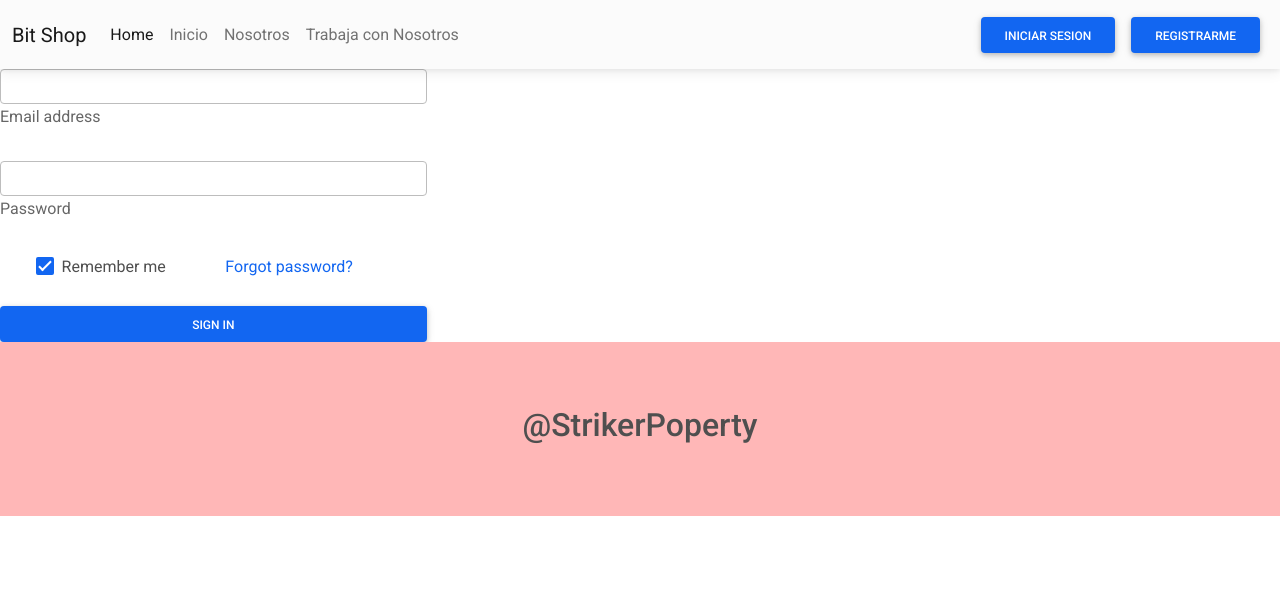
Repository: TzStrikerYT/myClassRoom
Page: /login (app in bit-shop-front/)
An editor plug-in stored every save of this project. The page is shown before and after the next save, followed by the edit.
The browser window is 1280 px wide. The pictures show the whole page.
The project was rebuilt for these pictures with package versions that can differ from the ones it lists, and the page was loaded fresh each time. Also part of the build but not shown: bit-shop-front/angular.json, bit-shop-front/src/app/components/home/home.component.ts, bit-shop-front/src/app/components/not-found/not-found.component.ts.

Above is the page before, as saved 2022-02-23 19:00:29.

### bit-shop-front/src/index.html
<!DOCTYPE html>
<html lang="en">
  <head>
    <meta charset="utf-8" />
    <title>BitShopFront</title>
    <base href="/" />
    <meta name="viewport" content="width=device-width, initial-scale=1" />
    <link rel="icon" type="image/x-icon" href="favicon.ico" />

    <!-- Font Awesome -->
    <link
      href="https://cdnjs.cloudflare.com/ajax/libs/font-awesome/5.15.1/css/all.min.css"
      rel="stylesheet"
    />
    <!-- Google Fonts -->
    <link
      href="https://fonts.googleapis.com/css?family=Roboto:300,400,500,700&display=swap"
      rel="stylesheet"
    />
    <!-- MDB -->
    <link
      href="https://cdnjs.cloudflare.com/ajax/libs/mdb-ui-kit/3.10.2/mdb.min.css"
      rel="stylesheet"
    />
  </head>
  <body>
    <app-root></app-root>

    <!-- MDB -->
    <script
      type="text/javascript"
      src="https://cdnjs.cloudflare.com/ajax/libs/mdb-ui-kit/3.10.2/mdb.min.js"
    ></script>
  </body>
</html>

### bit-shop-front/src/styles.css
/* You can add global styles to this file, and also import other style files */
.bg-pink {
    background: #ffb7b7;
}

.bg-yellow {
    background: #ffd665;
}

.card-size {
    width: 12rem;
}

### bit-shop-front/src/app/app.module.ts
import { NgModule } from '@angular/core';
import { BrowserModule } from '@angular/platform-browser';

import { AppRoutingModule } from './app-routing.module';
import { AppComponent } from './app.component';
import { LoginComponent } from './components/login/login.component';
import { HomeComponent } from './components/home/home.component';
import { NotFoundComponent } from './components/not-found/not-found.component';
import { FooterComponent } from './components/footer/footer.component';
import { BrowserAnimationsModule } from '@angular/platform-browser/animations';

@NgModule({
  declarations: [
    AppComponent,
    LoginComponent,
    HomeComponent,
    NotFoundComponent,
    FooterComponent,
  ],
  imports: [
    BrowserModule,
    AppRoutingModule,
  ],
  providers: [],
  bootstrap: [AppComponent]
})
export class AppModule { }

### bit-shop-front/src/app/app-routing.module.ts
import { NgModule } from '@angular/core';
import { RouterModule, Routes } from '@angular/router';
import { HomeComponent } from './components/home/home.component';
import { LoginComponent } from './components/login/login.component';
import { NotFoundComponent } from './components/not-found/not-found.component';

// enrutamiento de componentes
const routes: Routes = [
  { path: 'login', component: LoginComponent},
  { path: 'home', component: HomeComponent},
  { path: '', redirectTo: '/home', pathMatch: 'full' },
  { path: '**', component: NotFoundComponent}
];

@NgModule({
  imports: [RouterModule.forRoot(routes)],
  exports: [RouterModule],
})
export class AppRoutingModule {}

### bit-shop-front/src/app/app.component.ts
import { Component, OnInit } from '@angular/core';

@Component({
  selector: 'app-root',
  templateUrl: './app.component.html',
  styleUrls: ['./app.component.css']
})
export class AppComponent {
  title = 'bit-shop-front';
  token = false
}

### bit-shop-front/src/app/components/login/login.component.ts
import { Component, OnInit } from '@angular/core';

@Component({
  selector: 'app-login',
  templateUrl: './login.component.html',
  styleUrls: ['./login.component.css']
})
export class LoginComponent implements OnInit {

  constructor() { }

  ngOnInit(): void {

  }
}

### bit-shop-front/src/app/app.component.html
<!-- Nav Bar -->
<nav class="navbar navbar-expand-lg navbar-light bg-light">
  <div class="container-fluid">
    <a class="navbar-brand" href="#">Bit Shop</a>
    <button
      class="navbar-toggler"
      type="button"
      data-mdb-toggle="collapse"
      data-mdb-target="#navbarNavAltMarkup"
      aria-controls="navbarNavAltMarkup"
      aria-expanded="false"
      aria-label="Toggle navigation"
    >
      <i class="fas fa-bars"></i>
    </button>
    <div class="collapse navbar-collapse" id="navbarNavAltMarkup">
      <div class="navbar-nav">
        <a class="nav-link active" aria-current="page" href="#">Home</a>
        <a class="nav-link" href="#">Inicio</a>
        <a class="nav-link" href="#">Nosotros</a>
        <a class="nav-link" href="#">Trabaja con Nosotros</a>
      </div>

      <div class="navbar-nav ms-auto" *ngIf="!token; else elseTag">
        <a class="m-2 btn btn-primary" href="#">Iniciar Sesion</a>
        <a class="m-2 btn btn-primary" href="#">Registrarme</a>
      </div>

      <ng-template #elseTag>
        <div class="navbar-nav ms-auto">
          <a class="m-2 btn btn-primary" href="#">Usuario</a>

        </div>
      </ng-template>
    </div>
  </div>
</nav>
<router-outlet></router-outlet>
<app-footer></app-footer>

### bit-shop-front/src/app/components/login/login.component.html
<section>

    <div class="col-sm-4">
        <form>
            <!-- Email input -->
            <div class="mb-4">
              <input type="email" id="form1Example1" class="form-control" />
              <label class="form-label" for="form1Example1">Email address</label>
            </div>

            <!-- Password input -->
            <div class="mb-4">
              <input type="password" id="form1Example2" class="form-control" />
              <label class="form-label" for="form1Example2">Password</label>
            </div>

            <!-- 2 column grid layout for inline styling -->
            <div class="row mb-4">
              <div class="col d-flex justify-content-center">
                <!-- Checkbox -->
                <div class="form-check">
                  <input class="form-check-input" type="checkbox" value="" id="form1Example3" checked />
                  <label class="form-check-label" for="form1Example3"> Remember me </label>
                </div>
              </div>

              <div class="col">
                <!-- Simple link -->
                <a href="#!">Forgot password?</a>
              </div>
            </div>

            <!-- Submit button -->
            <button type="submit" class="btn btn-primary btn-block">Sign in</button>
          </form>
    </div>

</section>

### bit-shop-front/src/app/components/footer/footer.component.html
<div class="bg-pink p-5">
    <h2 class="p-3 text-center">@StrikerPoperty</h2>
</div>

Loaded but not shown: bit-shop-front/src/main.ts (common file); bit-shop-front/src/environments/environment.ts (common file); bit-shop-front/src/app/components/footer/footer.component.ts (common file); bit-shop-front/src/app/components/footer/footer.component.css (no stored copy; drawn as an empty file); bit-shop-front/src/app/components/login/login.component.css (no stored copy; drawn as an empty file); bit-shop-front/src/app/app.component.css (no stored copy; drawn as an empty file)

After the next save:
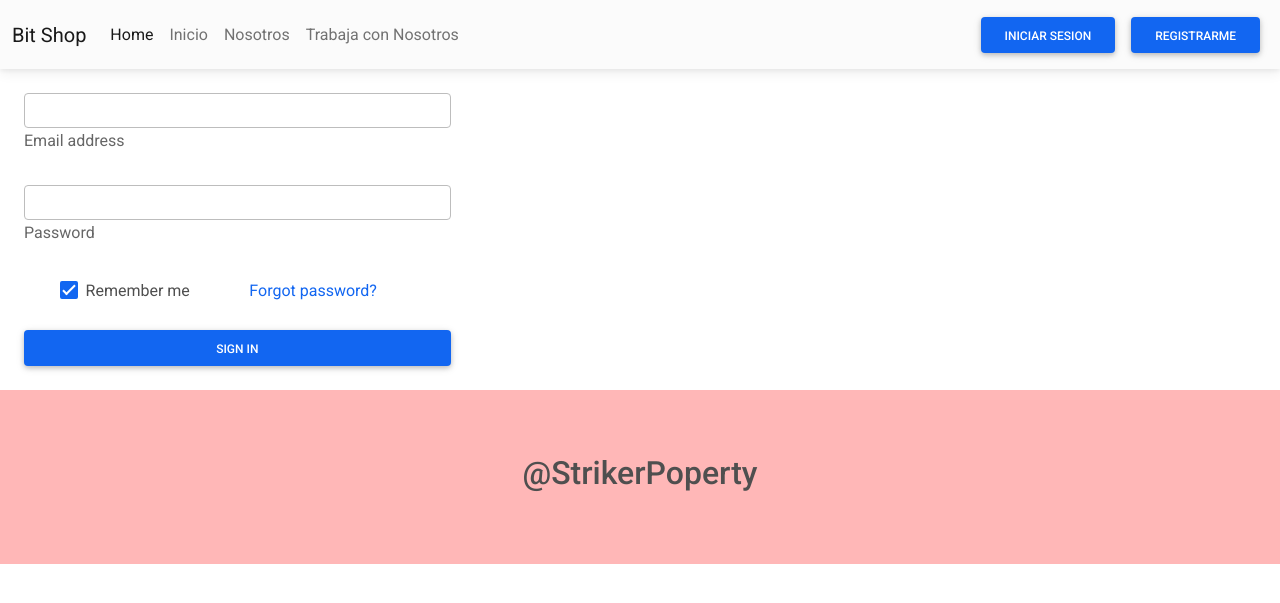
Saved 15 s later.
--- a/bit-shop-front/src/app/components/login/login.component.html
+++ b/bit-shop-front/src/app/components/login/login.component.html
@@ -1,6 +1,6 @@
 <section>
 
-    <div class="col-sm-4">
+    <div class="col-sm-4 m-4">
         <form>
             <!-- Email input -->
             <div class="mb-4">
